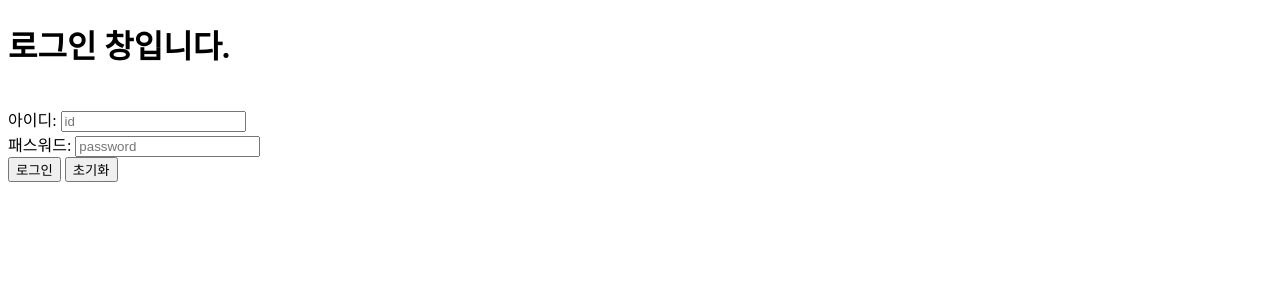
Repository: djdh94/jsp_practice
Page: http://localhost/JSPBasic/jspObject/1.requests/req_login_form.jsp
These files come from the project's save history. The page is drawn as it stood at one moment and after the next save; the edit follows.
The browser window is 1280 px wide. The pictures show the whole page.
The page is served by Tomcat 9. Other server files are loaded and not shown.

Above is the page before, as saved 2022-02-04 01:28:34.

### JSPBasic/src/main/webapp/jspObject/1.requests/req_login_form.jsp
<%@ page language="java" contentType="text/html; charset=UTF-8"
    pageEncoding="UTF-8"%>
<!DOCTYPE html>
<html>
<head>
<meta charset="UTF-8">
<title>Insert title here</title>
</head>
<body>
	<form action="req_login_result.jsp" method="post">
	<h1>로그인 창입니다.</h1><br/>
	아이디: <input type="text" name="id" placeholder="id"><br/>
	패스워드: <input type="password" name="password" placeholder="password"><br/>
	<input type="submit" value="로그인">
	<input type="reset" value="초기화"/>
	</form>
</body>
</html>

After the next save:
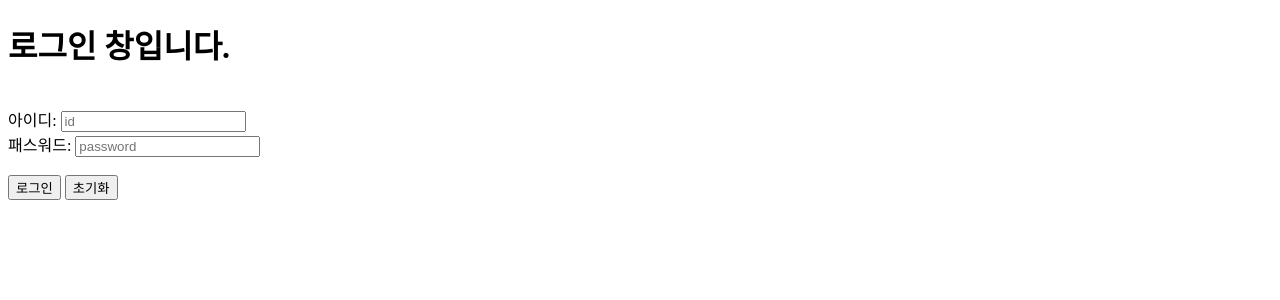
Saved 17 s later.
--- a/JSPBasic/src/main/webapp/jspObject/1.requests/req_login_form.jsp
+++ b/JSPBasic/src/main/webapp/jspObject/1.requests/req_login_form.jsp
@@ -10,7 +10,7 @@
 	<form action="req_login_result.jsp" method="post">
 	<h1>로그인 창입니다.</h1><br/>
 	아이디: <input type="text" name="id" placeholder="id"><br/>
-	패스워드: <input type="password" name="password" placeholder="password"><br/>
+	패스워드: <input type="password" name="password" placeholder="password"><br/><br/>
 	<input type="submit" value="로그인">
 	<input type="reset" value="초기화"/>
 	</form>
